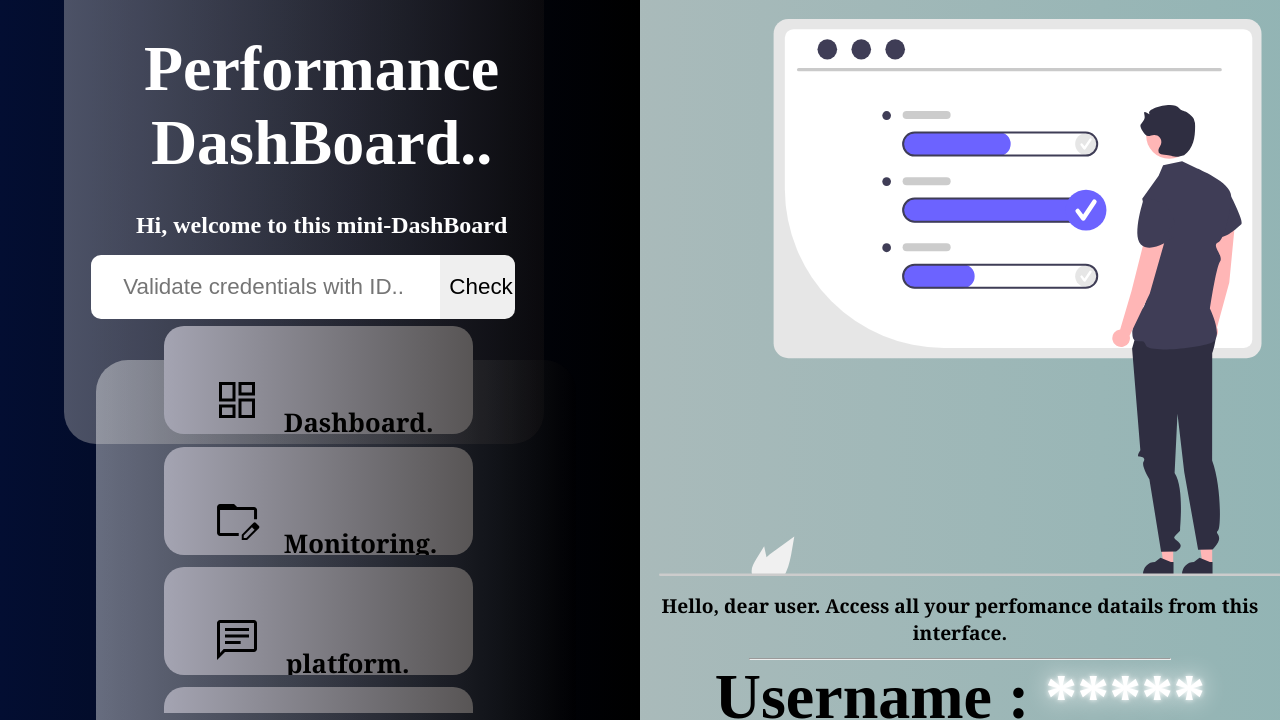
Repository: 3x3cu7er/Shax_001
Page: http://localhost/xlanding/
An editor plug-in stored every save of this project. The page is shown before and after the next save, followed by the edit.
The browser window is 1280 px wide. The pictures show the whole page.
An inner scrolling area shows only its first screen. The page is served by the project's application, run on Django 4.2 (manage.py).

Above is the page before, as saved 2024-01-19 17:21:26.

After the next save:
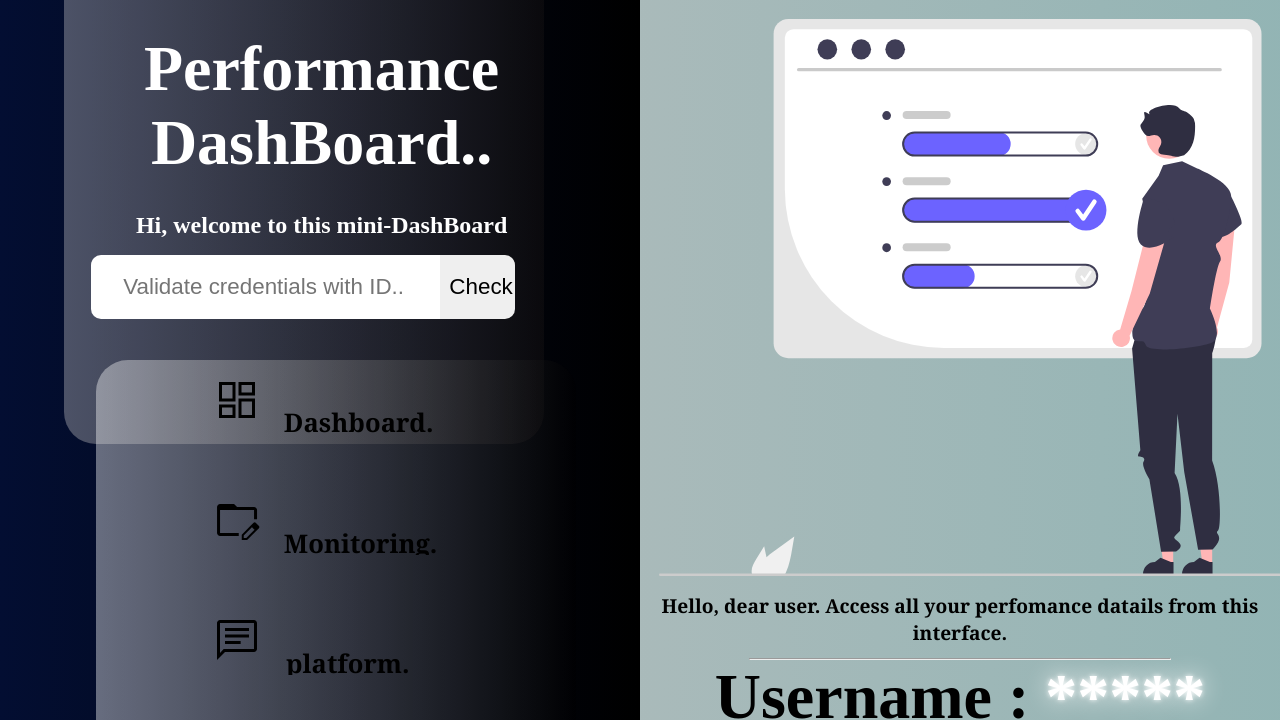
Saved 3 min 33 s later.
--- a/_3x3c47er_Sino_sys/static/css/landing2.css
+++ b/_3x3c47er_Sino_sys/static/css/landing2.css
@@ -331,7 +331,7 @@
   margin-top: 2%;
   border-radius: 20px;
   overflow: hidden;
-  background: linear-gradient(to right, rgb(164, 164, 178), rgba(88, 85, 85));
+  background: linear-gradient(to right, rgba(0, 0, 0, 0.443));
   margin-left: 25%;
   padding: 8% 0 1% 8%;
   -webkit-border-radius: 20px;

After the save that followed:
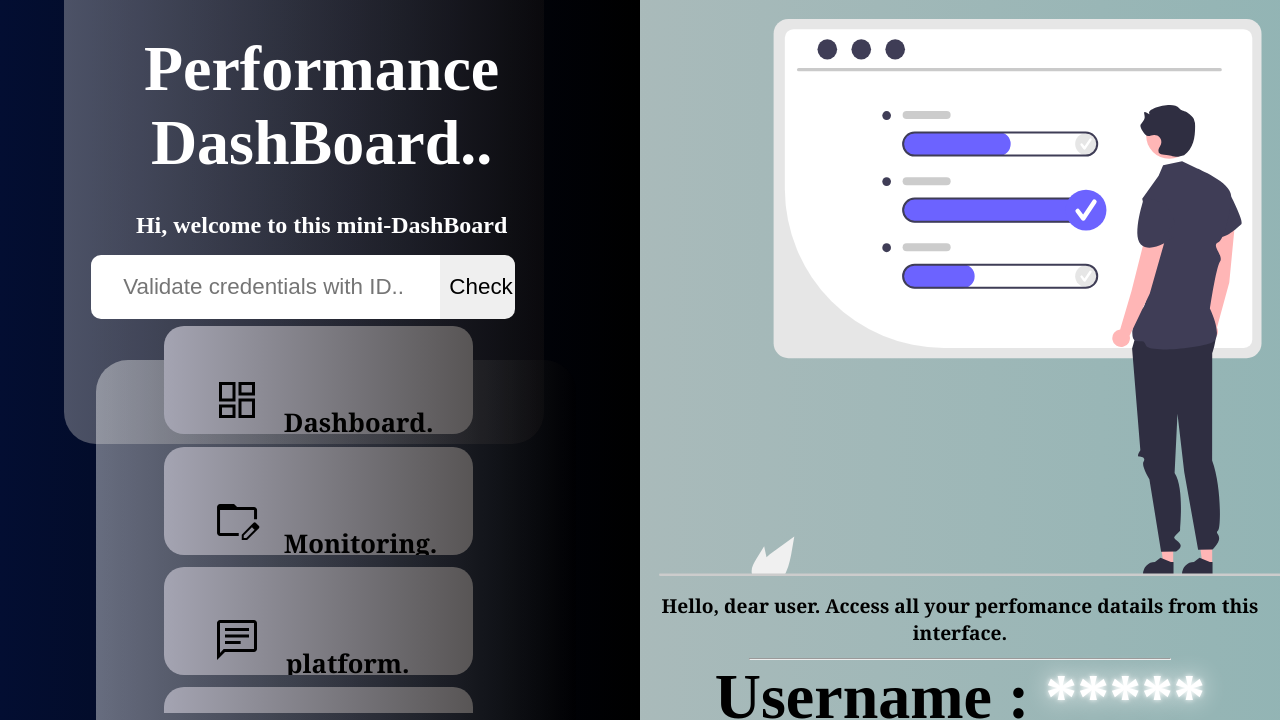
Saved 47 s later.
--- a/_3x3c47er_Sino_sys/static/css/landing2.css
+++ b/_3x3c47er_Sino_sys/static/css/landing2.css
@@ -331,7 +331,7 @@
   margin-top: 2%;
   border-radius: 20px;
   overflow: hidden;
-  background: linear-gradient(to right, rgba(0, 0, 0, 0.443));
+  background: linear-gradient(to right, rgb(164, 164, 178), rgba(88, 85, 85));
   margin-left: 25%;
   padding: 8% 0 1% 8%;
   -webkit-border-radius: 20px;
